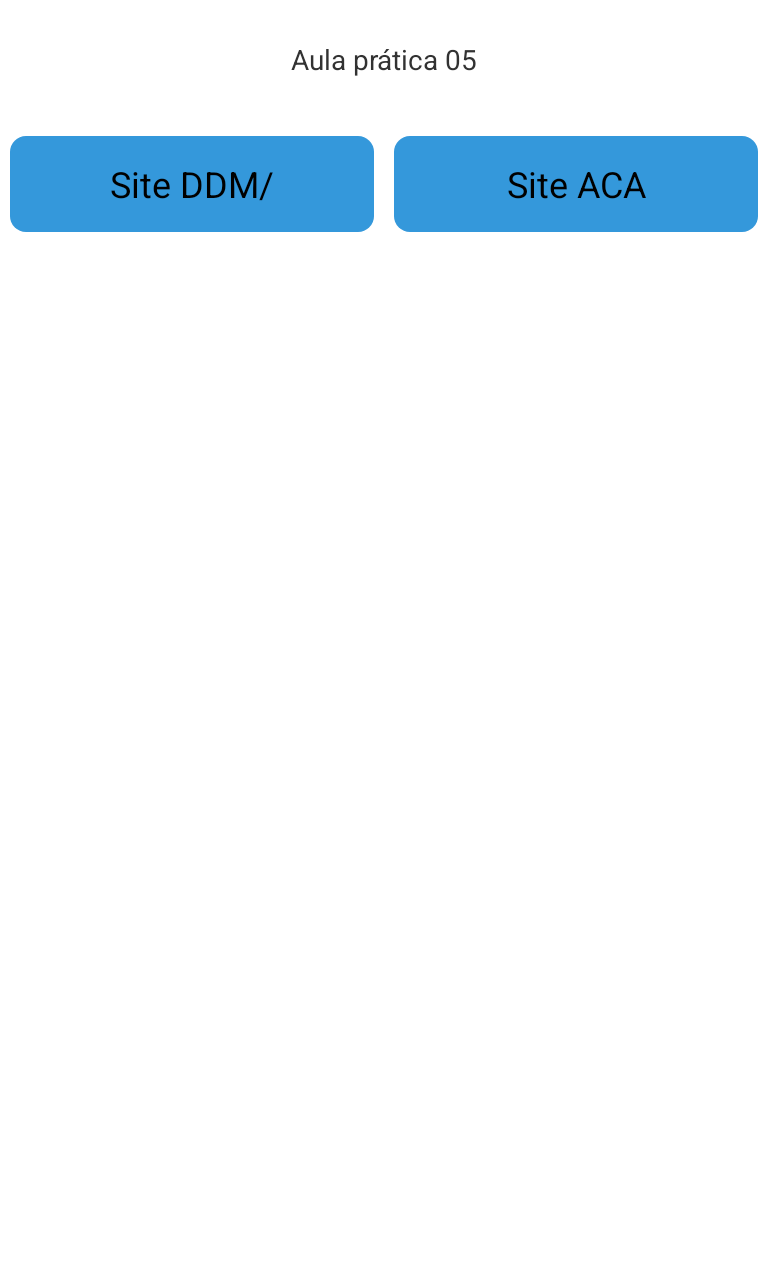
Repository: gokugohan/ddm
Layout: Aulas/res/layout/fragment_aula05.xml
These files come from the project's save history. The layout is drawn as it stood at one moment and after the next save; the edit follows.
It is drawn on a 768 x 1280 px phone screen (xhdpi) without system bars, with theme AppTheme; the app's code is not run.

Above is the layout before, as saved 2014-11-03 11:26:55.

After the next save:
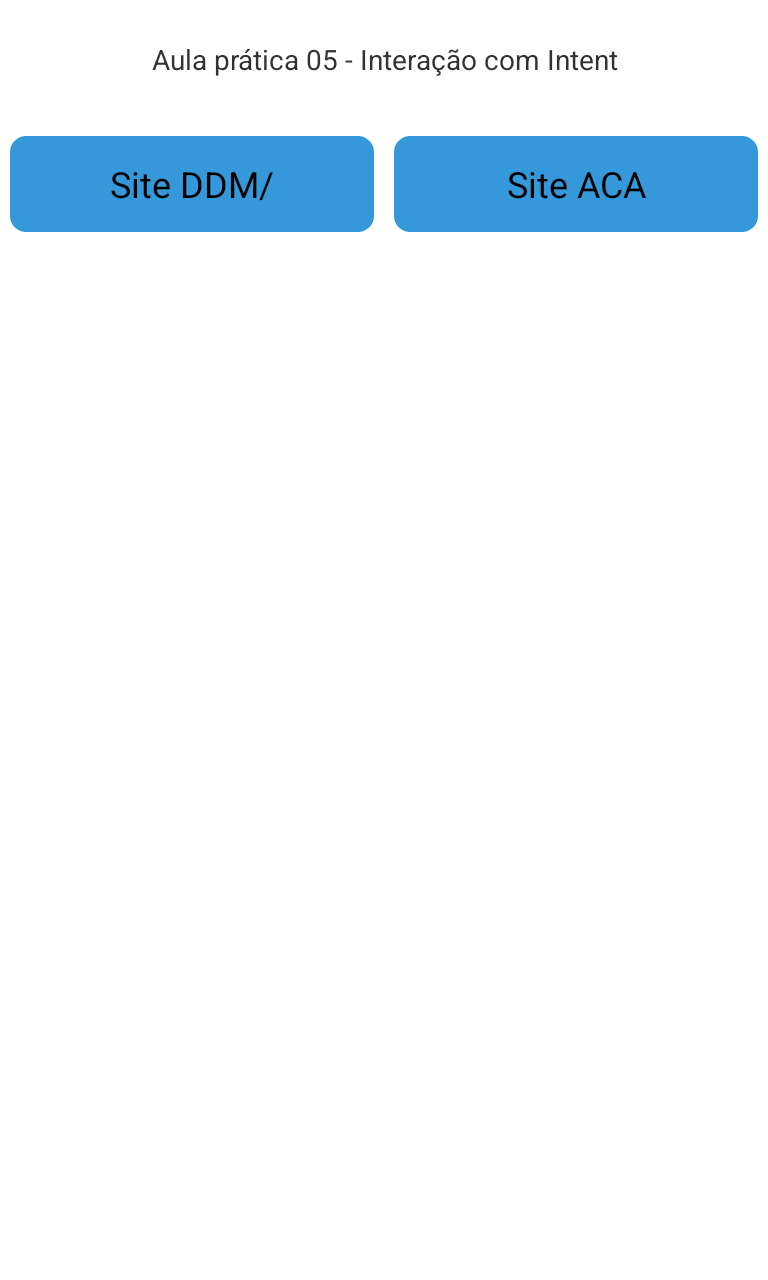
Saved 30 s later.
--- a/Aulas/res/values/strings.xml
+++ b/Aulas/res/values/strings.xml
@@ -54,7 +54,7 @@
     <string name="title_activity_aula05">Aula05Activity</string>
     <string name="hello_world">Hello world!</string>
 
-    <string name="str_about_app_aula_cinco">Aula prática 05</string>
+    <string name="str_about_app_aula_cinco">Aula prática 05 - Interação com Intent</string>
     <string name="str_site1">Site DDM/</string>
     <string name="str_site2">Site ACA</string>
 
